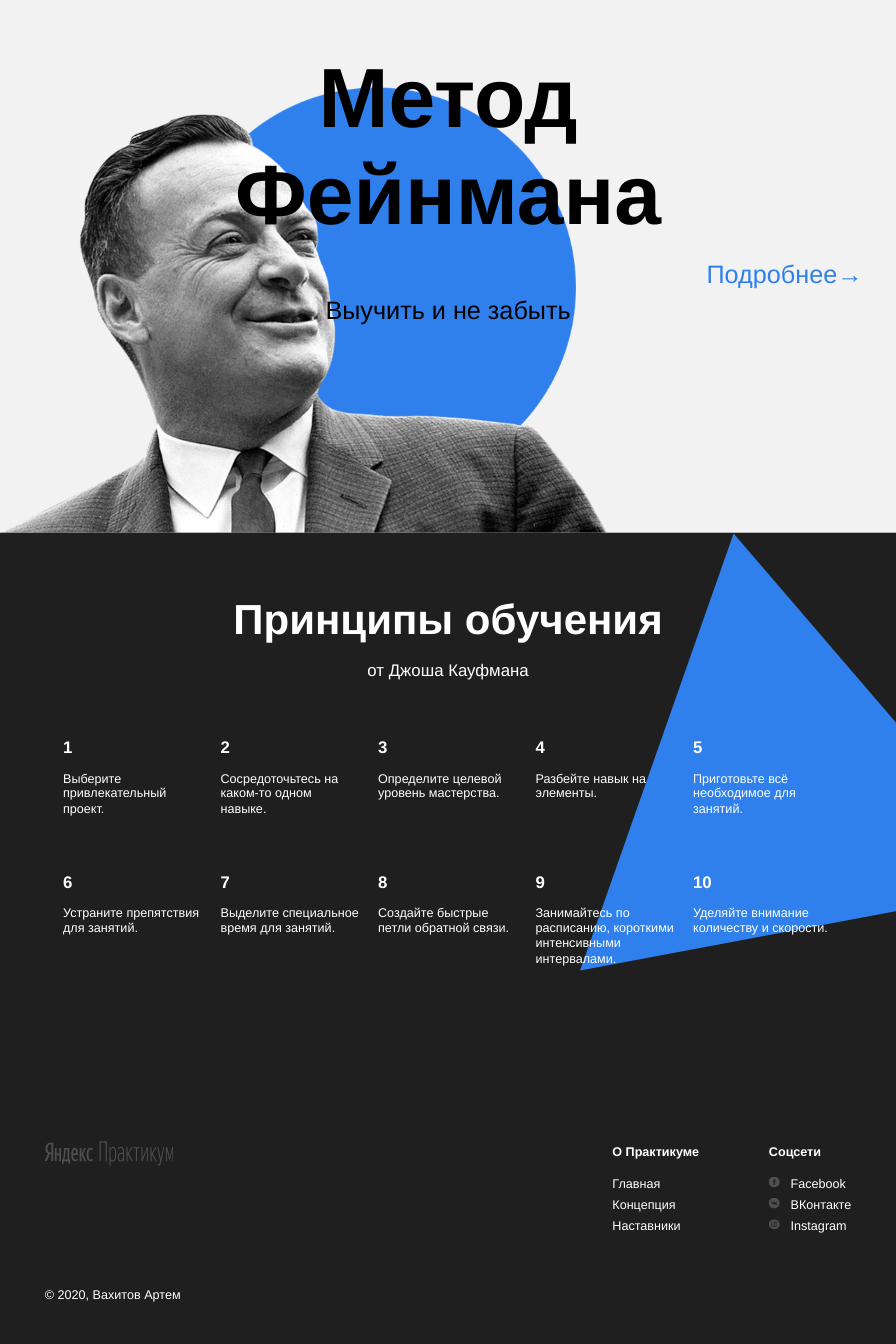
Repository: artemrgrs/how-to-learn
Page: index.html
The author's editor kept a copy of each file at every save. The page is drawn from the files as they stood at one save, then again after the next save.
The browser window is 1280 px wide. The pictures show the part of the page from y = 2000 to 3920 px (the page is 3920 px tall before and 3830 px after), at 70% of full size.

Above is the page before, as saved 2020-12-25 10:46:55.

### index.html
<!DOCTYPE html>
<html lang="ru">
  <head>
    <meta charset="UTF-8">
    <meta name="viewport" content="width=device-width, initial-scale=1.0">
    <link rel="stylesheet" href="styles/normalize.css ">
    <link rel="stylesheet" href="styles/style.css">
    <title>Научиться учиться</title>
  </head>
  <body>
    <div class="page">
      <header class="header">
        <a class="logo logo_place_header" href="https://praktikum.yandex.ru/" target="_blank" rel="noopener"></a>
        <h1 class="header__title">Научиться учиться</h1>
        <p class="header__subtitle">Какие современные и эффективные подходы к обучению вы можете использовать в своей жизни?
          <a class="header__link" href="#">Узнать&rarr;</a>
        </p>
        <div class="header__main-illustration"></div>
        <div class="header__square-pic"></div>
      </header>
      <main class="content">
        <section class="description">
          <div class="two-columns">
            <h2 class="two-columns__brief">Главные проблемы в обучении</h2>
            <div class="two-columns__main-text">
              <p class="two-columns__paragraph">Ни в школе, ни в институте нас не учат тому, как правильно изучать материал.
                Мы готовимся к экзаменам и учим билеты. Мы тренируемся решать однообразные задачи, чтобы лучше сдать тест,
                но часто в итоге это не дает нам реального знания. Зубрежка быстро выветривается и не приносит пользы.</p>
              <p class="two-columns__paragraph"><span class="two-columns__span-accent">Вывод:</span>учиться
                тоже нужно уметь, но почему-то этому мало где учат. Что с этим делать?</p>
              <p class="two-columns__paragraph">Конкретные техники и упражнения помогают изменить подход
                к обучению, сделать его эффективным и захватывающим. Эти же техники применяются на примере обучения в Практикуме.</p>
            </div>
          </div>
        </section>
        <section class="digits">
          <h2 class="section-title">Цифры и факты</h2>
          <p class="section-subtitle">Про учёбу и мозг</p>
          <div class="table">
            <div class="table__cell">
              <h3 class="table__heading">86 миллиардов</h3>
              <p class="table__text">Число нейронов в мозге человека</p>
            </div>
            <div class="table__cell">
              <h3 class="table__heading">2.1 миллиарда</h3>
              <p class="table__text">Число нуждающихся в повышении квалификации</p>
              <p class="table__text">Всемирный Банк, 2017</p>
            </div>
            <div class="table__cell">
              <h3 class="table__heading">1000 терабайт</h3>
              <h3 class="table__text">Объём памяти человека</h3>
            </div>
            <div class="table__cell">
              <h3 class="table__heading">500 триллионов</h3>
              <p class="table__text">Число ответственных за обучение нервных синапсов у взрослого человека</p>
            </div>
            <div class="table__cell">
              <h3 class="table__heading">420 миллионов</h3>
              <p class="table__text">Число взрослых людей моложе 25 лет, не имеющих образования для трудоустройства</p>
              <p class="table__text">Всемирный Банк, 2017</p>
            </div>
            <div class="table__cell">
              <h3 class="table__heading">17–20 лет</h3>
              <p class="table__text">Пик обучаемости</p>
            </div>
            <div class="table__cell">
              <h3 class="table__heading">1885 год</h3>
              <p class="table__text">Открытие кривой забывания</p>
            </div>
            <div class="table__cell">
              <h3 class="table__heading">1889 год</h3>
              <p class="table__text">Открытие условного рефлекса</p>
            </div>
          </div>
        </section>
        <section class="feynman">
          <h2 class="feynman__title">Метод Фейнмана</h2>
          <p class="feynman__subtitle">Выучить и не забыть</p>
          <a class="feynman__link" href="#">Подробнее&rarr;</a>
        </section>
        <section class="kaufman">
          <h2 class="section-title section-title_theme_dark">Принципы обучения</h2>
          <p class="section-subtitle section-subtitle_theme_dark">от Джоша Кауфмана</p>
          <div class="table table_theme_dark">
            <div class="table__cell table__cell_theme_dark">
              <h3 class="table__heading table__heading_theme_dark">1</h3>
              <p class="table__text table__text_theme_dark">Выберите привлекательный проект.</p>
            </div>
            <div class="table__cell table__cell_theme_dark">
              <h3 class="table__heading table__heading_theme_dark">2</h3>
              <p class="table__text table__text_theme_dark">Сосредоточьтесь на каком-то одном навыке.</p>
            </div>
            <div class="table__cell table__cell_theme_dark">
              <h3 class="table__heading table__heading_theme_dark">3</h3>
              <h3 class="table__text table__text_theme_dark">Определите целевой уровень мастерства.</h3>
            </div>
            <div class="table__cell table__cell_theme_dark">
              <h3 class="table__heading table__heading_theme_dark">4</h3>
              <p class="table__text table__text_theme_dark">Разбейте навык на элементы.</p>
            </div>
            <div class="table__cell table__cell_theme_dark">
              <h3 class="table__heading table__heading_theme_dark">5</h3>
              <p class="table__text table__text_theme_dark">Приготовьте всё необходимое для занятий.</p>
            </div>
            <div class="table__cell table__cell_theme_dark">
              <h3 class="table__heading table__heading_theme_dark">6</h3>
              <p class="table__text table__text_theme_dark">Устраните препятствия для занятий.</p>
            </div>
            <div class="table__cell table__cell_theme_dark">
              <h3 class="table__heading table__heading_theme_dark">7</h3>
              <p class="table__text table__text_theme_dark">Выделите специальное время для занятий.</p>
            </div>
            <div class="table__cell table__cell_theme_dark">
              <h3 class="table__heading table__heading_theme_dark">8</h3>
              <p class="table__text table__text_theme_dark">Создайте быстрые петли обратной связи.</p>
            </div>
            <div class="table__cell table__cell_theme_dark">
              <h3 class="table__heading table__heading_theme_dark">9</h3>
              <p class="table__text table__text_theme_dark">Занимайтесь по расписанию, короткими интенсивными интервалами.</p>
            </div>
            <div class="table__cell table__cell_theme_dark">
              <h3 class="table__heading table__heading_theme_dark">10</h3>
              <p class="table__text table__text_theme_dark">Уделяйте внимание количеству и скорости.</p>
            </div>
          </div>
          <div class="kaufman__triangle"></div>
        </section>
      </main>
      <footer class="footer">
        <div class="footer__columns">
          <div class="footer__column footer__column_content_copyright">
            <div class="logo logo_place_footer"></div>
            <p class="footer__author">&copy;
            2020, Вахитов Артем</p>
          </div>
            <nav class="footer__column footer__column_content_info">
              <h2 class="footer__column-heading">О Практикуме
              </h2>
                <div class="footer__column-links">
                  <a class="footer__column-link" href="https://praktikum.yandex.ru/" target="_blank" rel="noopener">Главная</a>
                  <a class="footer__column-link" href="https://yandex.ru/support/praktikum/index.html" target="_blank" rel="noopener">Концепция</a>
                  <a class="footer__column-link" href="https://praktikum.yandex.ru/promo/mentors-school" target="_blank" rel="noopener">Наставники</a>
                </div>
            </nav>
            <div class="footer__column footer__column_content_social">
                <h2 class="footer__social-heading">Соцсети
                </h2>
              <div class="footer__column-links">
                <a class="footer__column-link" href="https://www.facebook.com/yandex.praktikum/" target="_blank" rel="noopener">
                  <img class="footer__social-icon" src="images/facebook_color_white.svg" alt="Facebook icon">
                    Facebook
                </a>
                <a class="footer__column-link" href="https://vk.com/yandex.praktikum" target="_blank" rel="noopener">
                  <img class="footer__social-icon" src="images/vk_color_white.svg" alt="VKontakte icon">
                  ВКонтакте
                </a>
                <a class="footer__column-link" href="https://www.instagram.com/yndx.praktikum/?hl=ru" target="_blank" rel="noopener">
                  <img class="footer__social-icon" src="images/instagram_color_white.svg" alt="Istagram icon">
                  Instagram
                </a>
              </div>
            </div>
        </div>
      </footer>
    </div>
  </body>
</html>

### styles/style.css
.page {
  min-width: 1100px;
  /* мы ещё не умеем делать мобильную версию сайта, */
  /* поэтому выше установлена минимальная ширина страницы */
  max-width: 1600px;
  /* выше установили ограничение по максимальной ширине */
  margin: 0 auto;
  /* выше для экранов больше 1600px отцентрировали весь контент */
  font-family: 'Helvetica Neue', Arial, sans-serif;
}

.header {
  display: flex;
  height: 100vh;
  /* выше установили ограничения для секции */
  min-height: 600px;
  max-height: 756px;
  position: relative;
  flex-direction: column;
  justify-content: center;
  background-color: #f2f2f2;
}

.logo {
  width: 183px;
}

.logo_place_header {
  height: 32px;
  position: absolute;
  top: 30px;
  left: 64px;
  background-image: url('../images/logo_place_header.svg');
}

.header__title {
  width: 730px;
  font-size: 102px;
  font-weight: bold;
  line-height: 96px;
  margin-top: 0;
  margin-right: 0;
  margin-bottom: 0;
  margin-left: 64px;
  z-index: 2;
}

.header__subtitle {
  width: 388px;
  position: absolute;
  left: 64px;
  bottom: 30px;
  z-index: 2;
  line-height: 25px;
  font-size: 18px;
  margin: 0;
}

.header__link {
  color: #2f80ed;
  text-decoration: none;
}

.header__main-illustration {
  background-image: url("../images/header-image.png");
  background-size: cover;
  background-position: center;
  background-repeat: no-repeat;
  width: 765px;
  height: 608px;
  position: absolute;
  bottom: 0;
  right: 0;
  z-index: 1;
  margin: 0;
}

/* ниже мы привели пример двух селекторов, чтобы вы вспомнили запись элемента */
.header__square-pic {
  height: 568px;
  width: 568px;
  background-color: #2f80ed;
  position: absolute;
  right: 0;
  top: 64px;
}

.description {
  margin-left: auto;
  margin-right: auto;
}

.two-columns {
  width: 80%;
  min-width: 784px;
  display: flex;
  margin-left: auto;
  margin-right: auto;
  margin-top: 100px;
}

.two-columns__brief {
  min-width: 175px;
  line-height: 1.2;
  font-size: 18px;
  font-weight: normal;
  color: #2f80ed;
  margin:0;
}

.two-columns__main-text {
  width: 80%;
  min-width: 784px;
  display: flex;
  flex-direction: column;
  justify-content: space-between;
}

.two-columns__paragraph {
  line-height: 34px;
  font-size: 24px;
  font-weight: normal;
  display: block;
  margin: 0 0 30px 0;
}

.two-columns__paragraph:last-child {
  margin: 0;
}

.two-columns__span-accent {
  font-weight: bold;
}

.digits {
  display: flex;
  flex-direction: column;
  align-items: center;
  text-align: center;
}

.section-title {
  line-height: 1.15;
  font-size: 60px;
  font-weight: bold;
  margin-top: 100px;
  margin-bottom: 0;
  width: 60%;
}

.section-subtitle {
  line-height: 34px;
  font-size: 24px;
  font-weight: normal;
  margin-top: 20px;
  margin-bottom: 0;
  width: 60%;
}

.table {
  display: flex;
  flex-wrap: wrap;
  justify-content: space-between;
  width: 1100px;
  margin: 0 auto 100px;
  text-align: left;
}

.table__cell {
  width: 250px;
}

.table__heading {
  line-height: 1.15;
  font-size: 24px;
  font-weight: bold;
  padding-top: 60px;
  padding-left: 0;
  padding-right: 0;
  padding-bottom: 0;
  margin: 0;
}

.table__text {
  line-height: 1.2;
  font-size: 18px;
  font-weight: normal;
  padding-top: 20px;
  padding-left: 0;
  padding-bottom: 0;
  padding-right: 0;
  margin: 0;
  vertical-align: text-top;
}

.feynman {
  min-height: 790px;
  background-image: url('../images/feynman.png');
  background-repeat: no-repeat;
  background-position: 0 100%;
  background-size: 867px 637px;
  align-items: center;
  display: flex;
  flex-direction: column;
  position: relative;
  background-color: #f2f2f2;
}

.feynman__title {
  width: 648px;
  margin: 0;
  line-height: 1.15;
  font-size: 120px;
  font-weight: bold;
  text-align: center;
  margin-top: 100px;
}

.feynman__subtitle {
  line-height: 51px;
  font-size: 36px;
  font-weight: normal;
  margin: 0;
  margin-top: 70px;
}

.feynman__link {
  line-height: 51px;
  font-size: 36px;
  font-weight: normal;
  position: absolute;
  top: 50%;
  right: 48px;
  text-decoration: none;
  color: #2f80ed;
}

.kaufman {
  display: flex;
  flex-direction: column;
  align-items: center;
  text-align: center;
  background-color: #1f1f1f;
  position: relative;
  overflow: hidden;
  padding-bottom: 90px;
}

.section-title_theme_dark {
  margin-top: 90px;
  color: white;
  z-index: 2;
}

.section-subtitle_theme_dark {
  margin-top: 20px;
  color: white;
  z-index: 2;
}

.table_theme_dark {
  z-index: 2;
}

/* и элемента с модификатором вида ключ-значение */
.table__cell_theme_dark {
  width: 200px;
  color: white;
  margin-right: 0;
  margin-top: 80px;
}

.table__heading_theme_dark {
  padding-top: 0;

}

.table__text_theme_dark {
  padding-top: 20px;
}

.kaufman__triangle {
  position: absolute;
  right: -210px;
  width: 877px;
  height: 877px;
  background-image: url('../images/kaufman-triangle.svg');
  background-size: contain;
}

.footer {
  background-color: #1f1f1f;
  min-height: 350px;
  padding-top: 60px;
  padding-bottom: 40px;
  padding-right: 0;
  padding-left: 0;
  display: flex;
  box-sizing: border-box;
}

.footer__columns {
  display: flex;
  width: 90%;
  margin: 0 auto;
  justify-content: space-between;
}

.footer__column {
  display: flex;
  flex-direction: column;
}

.footer__column_content_copyright {
  justify-content: space-between;
  flex-basis: 711px;
}

.logo_place_footer {
  height: 35px;
  background-image: url('../images/logo_place_footer.svg');
  background-repeat: no-repeat;
}

.footer__author {
  margin: 18px 0;
  line-height: 25px;
  font-size: 18px;
  font-weight: normal;
  color: white;
  display: inline-block;
}

/*.footer__column_content_info {

}*/

.footer__column-heading {
  line-height: 30px;
  font-size: 18px;
  font-weight: bold;
  color: white;
  margin: 0;
}

.footer__column-links {
  display: flex;
  flex-direction: column;
  line-height: 30px;
  font-size: 18px;
  font-weight: normal;
  color: white;
  margin-top: 20px;
  margin-top: 16px;
}

.footer__column-link {
  line-height: 30px;
  font-size: 18px;
  font-weight: normal;
  color: white;
  text-decoration: none;
}

.footer__column_content_social {
  line-height: 30px;
  font-size: 18px;
  font-weight: normal;
  color: white;
}

.footer__social-heading {
  line-height: 30px;
  font-size: 18px;
  font-weight: bold;
  color: white;
  margin: 0;
}

.footer__social-icon {
  width: 16px;
  height: 16px;
  margin-right: 10px;
}

/*just a comment to commit*/

Loaded but not shown: styles/normalize.css (library)

After the next save:
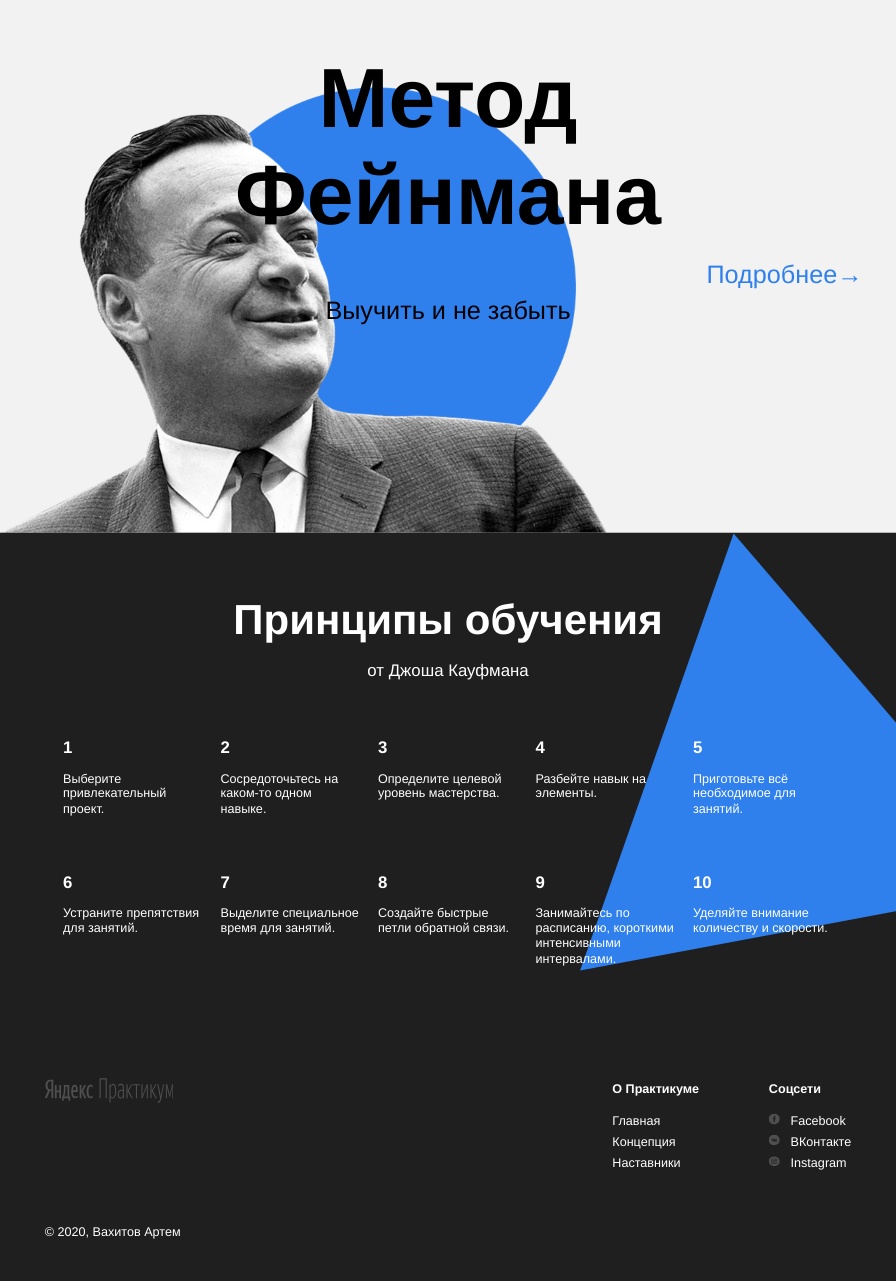
Saved 4 min 54 s later.
--- a/styles/style.css
+++ b/styles/style.css
@@ -243,7 +243,6 @@
   background-color: #1f1f1f;
   position: relative;
   overflow: hidden;
-  padding-bottom: 90px;
 }
 
 .section-title_theme_dark {
@@ -272,7 +271,6 @@
 
 .table__heading_theme_dark {
   padding-top: 0;
-
 }
 
 .table__text_theme_dark {
